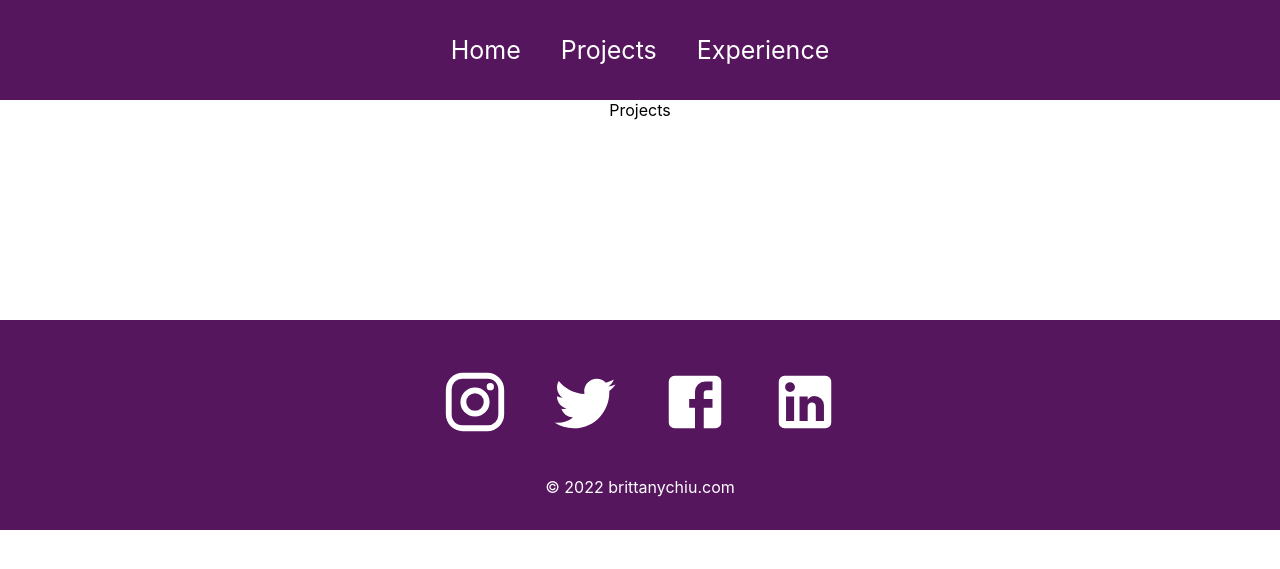
Repository: chiubacca94/chiufolio
Page: /projects
These files come from the project's save history. The page is drawn as it stood at one moment and after the next save; the edit follows.
The browser window is 1280 px wide. The pictures show the whole page.
The project was rebuilt for these pictures with package versions that can differ from the ones it lists, and the page was loaded fresh each time. Also part of the build but not shown: src/components/Home/Home.js, src/components/Experiences/Experiences.js.

Above is the page before, as saved 2022-07-03 22:26:08.

After the next save:
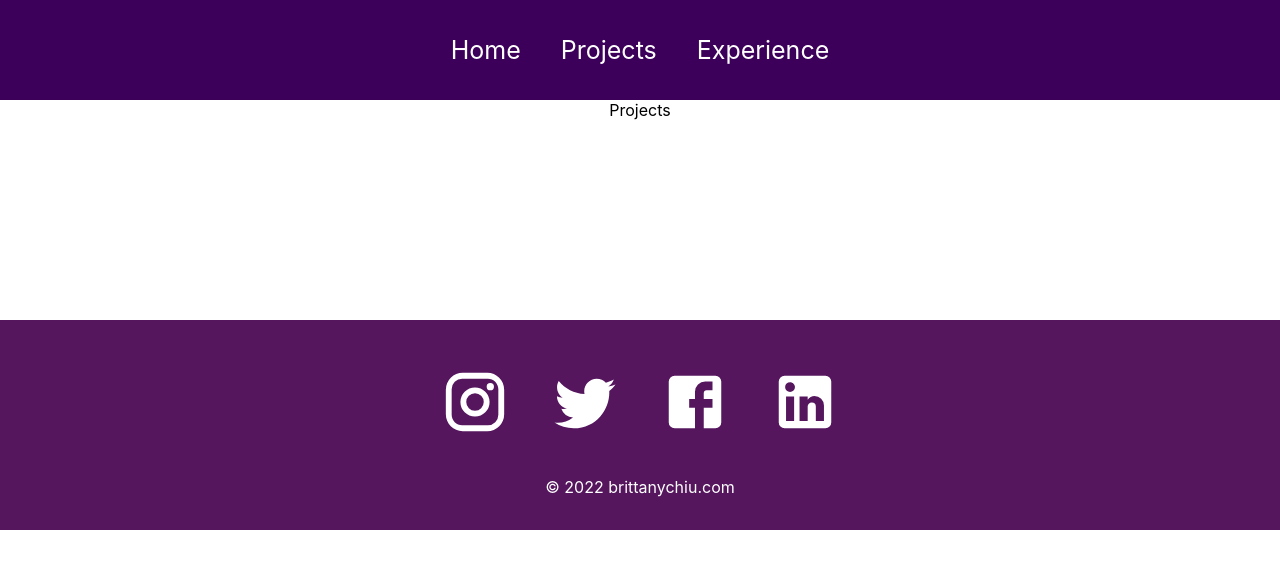
Saved 42 s later.
--- a/src/components/NavBar/Navbar.css
+++ b/src/components/NavBar/Navbar.css
@@ -1,7 +1,7 @@
 .navbar {
     width: 100%;
     height: 100px;
-    background: #55165e;
+    background: #3c005a;
   }
 
   .links {
